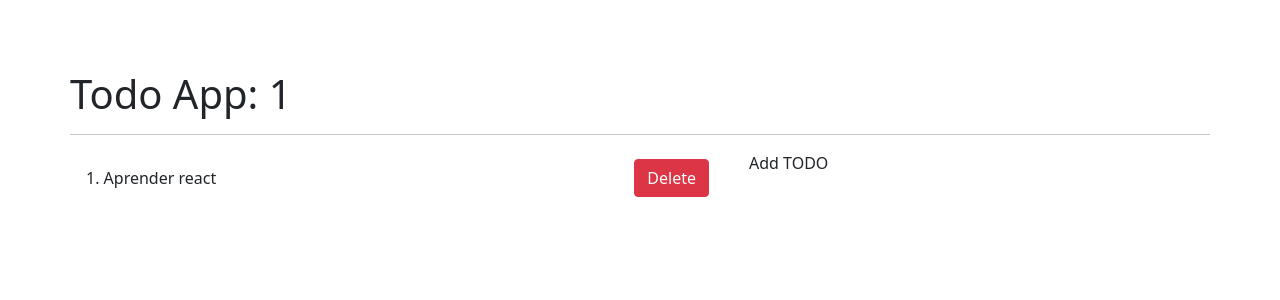
Repository: ppfeliuu/hooks-app
Page: /
These files come from the project's save history. The page is drawn as it stood at one moment and after the next save; the edit follows.
The browser window is 1280 px wide. The pictures show the whole page.
The project was rebuilt for these pictures with package versions that can differ from the ones it lists, and the page was loaded fresh each time.

Above is the page before, as saved 2021-05-30 09:35:33.

After the next save:
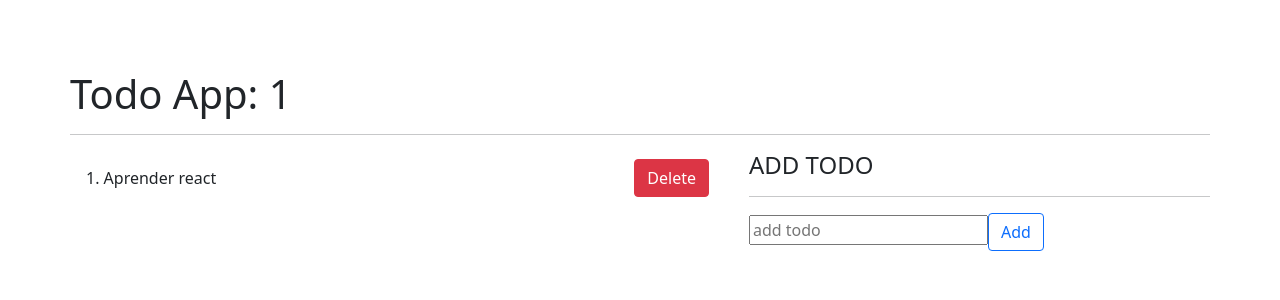
Saved 99 s later.
--- a/src/components/08-useReducer/TodoApp.js
+++ b/src/components/08-useReducer/TodoApp.js
@@ -35,7 +35,20 @@ export const TodoApp = () => {
           </ul>
         </div>
 
-        <div className="col-5">Add TODO</div>
+        <div className="col-5">
+          <h4>ADD TODO</h4>
+          <hr />
+
+          <form>
+            <input
+              type="text"
+              name="description"
+              placeholder="add todo"
+              autoComplete="off"
+            />
+            <button className="btn btn-outline-primary">Add</button>
+          </form>
+        </div>
       </div>
     </div>
   );
